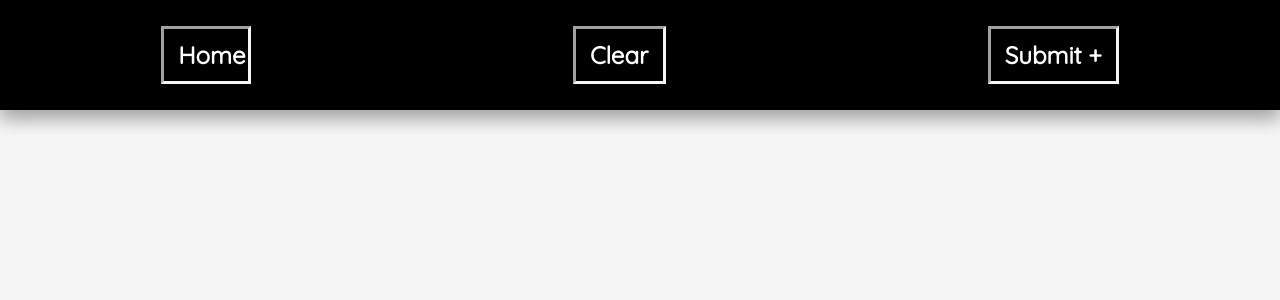
Repository: rickypcyt/WebMural
Page: /
An editor plug-in stored every save of this project. The page is shown before and after a run of saves, followed by the edit.
The browser window is 1280 px wide. The pictures show the whole page.
The project was rebuilt for these pictures with package versions that can differ from the ones it lists, and the page was loaded fresh each time.

Above is the page before, as saved 2022-09-12 14:00:37.

### src/index.js
import React from "react";
import ReactDOM from "react-dom/client";
import "./csswebmural.css";
import WebMural from "./Pages/WebMural";
import reportWebVitals from "./reportWebVitals";
import { BrowserRouter, Routes, Route, Switch } from "react-router-dom";

const root = ReactDOM.createRoot(document.getElementById("root"));
root.render(
  <React.StrictMode>
    <BrowserRouter>
      <WebMural />
    </BrowserRouter>
  </React.StrictMode>
);

// If you want to start measuring performance in your app, pass a function
// to log results (for example: reportWebVitals(console.log))
// or send to an analytics endpoint. Learn more: https://bit.ly/CRA-vitals
reportWebVitals();

### src/csswebmural.css
@import url("https://fonts.googleapis.com/css2?family=Quicksand");

input[type="file"] {
  display: none;
}
.container {
  top: 0%;
  left: 0%;
}
::marker {
  display: none;
}
.paddingimxd {
  padding-top: 2%;
}
.image-container {
  width: 100%;
  margin: auto;
  display: flex;
  flex-direction: row;
  justify-content: space-evenly;
  gap: 15px;
  padding: 10px;
  background-color: whitesmoke;
}
html {
  background: whitesmoke;
}

body {
  line-height: 1;
  font-family: "Quicksand";
  font-size: large;
  margin: 0%;
  padding: 0%;
}
main {
  top: 10%;
}
ol {
  list-style: none;
  display: flex;
  padding: 0;
  align-items: flex-start;
  justify-content: space-around;
  display: flex;
  flex-wrap: wrap;
  align-content: center;
  margin: 0;
}
.content {
  position: absolute;
  right: calc(var(--pad) * 2);
  bottom: calc(var(--pad) * 2);
  white-space: nowrap;
}
.parrafo {
  line-height: 1.5;
  text-align: end;
  font-size: larger;
}
.parrafo span {
  display: block;
}
.titulo {
  margin: 0;
}
.oli {
  font-weight: bold;
  border-style: inset;
  border-color: whitesmoke;
  color: white;

  font-size: x-large;
  padding: 1ch;
}
.descripcion {
  font-weight: lighter;
  font-style: oblique;
}
.oli:hover {
  color: whitesmoke;
  border-style: outset;
  border-color: whitesmoke;
}
.page {
  padding-top: 2%;
  padding-bottom: 3%;
}
.pageContact {
  padding-top: 8%;
  padding-bottom: 9%;
}
.cabeceranavi {
  padding-bottom: 2%;
  padding-top: 2%;
  background-color: black;
  box-shadow: 0 10px 16px 0 rgb(0 0 0 / 20%), 0 6px 20px 0 rgb(0 0 0 / 19%) !important;
}
p {
  font-weight: bold;
}
a {
  color: black;
  text-decoration: none;
  padding: 0ch;
}
span {
  font-size: larger;
}
li {
  width: 7%;
  height: 10%;
}
ul {
  list-style-type: none;
  margin: 0%;
  display: flex;
  align-items: center;
  flex-direction: row;
  padding-top: 5%;
  padding-bottom: 5%;
  padding-left: 0%;
  justify-content: space-around;
}
.imagenes {
  display: block;
  height: auto;
  width: auto;
  padding-top: 5%;
  padding-bottom: 5%;

}

.imagenesproyect {
  position: relative;
}
.fixer {
  display: flex;
  flex-direction: row;
  justify-content: space-evenly;
  padding-bottom: 3%;
}
.overlay {
  position: absolute;
  top: 0.83cm;

  background: rgb(0, 0, 0);
  background: rgb(2, 0.3, 0.9, 0.6); /* Black see-through */
  color: #f1f1f1;
  width: 100%;
  transition: 0.5s ease;
  color: white;
  text-align: center;
  font-size: 20px;
  padding-top: 20px;
  padding-bottom: 20px;
  opacity: 0;
}
.imagenesproyect:hover .overlay {
  opacity: 1;
}
.overlay2 {
  position: absolute;
  bottom: 8%;
  background: rgb(0, 0, 0);
  background: rgba(40, 40, 40, 0.6); /* Black see-through */
  color: #f1f1f1;
  width: 100%;
  transition: 0.5s ease;
  color: white;
  text-align: center;
  font-size: 20px;
  padding-top: 20px;
  padding-bottom: 20px;
  opacity: 0;
}
.imagenesproyect:hover .overlay2 {
  opacity: 1;
}

.homeinfo {
  font-size: x-large;
}

@media screen and (max-width: 1340px) {
  .fixer {
    flex-direction: column;
    justify-content: center;
  }
  .imagenes {
    height: auto;
    width: 100%;
  }
  ol {
  }
}

.image-container {
  width: auto;
  margin: auto;
  /* display: flex; */
  flex-wrap: wrap;
  gap: 15px;
  padding: 10px;
}

.image-container img {
  max-width: 100%;
  max-height: 225px;
}

.container .image-container .image {
  border: 4px solid black;
  overflow: hidden;

  /* cursor: pointer; */
}

.container .image-container .image img {
  height: 100%;
  width: 100%;
}
@media (max-width: 700px) {
  .image-container img {
    max-height: -10px;
  }
}

.image:hover {
  box-shadow: 0 10px 16px 0 rgb(0 0 0 / 20%), 0 6px 20px 0 rgb(0 0 0 / 19%) !important;

  transform: scale(
    1.15
  ); /* (150% zoom - Note: if the zoom is too large, it will go outside of the viewport) */
}

### src/Pages/WebMural.js
import React, { useState } from "react";
import { Link, useMatch, useResolvedPath } from "react-router-dom";

const UploadAndDisplayImage = () => {
  const [selectedFiles, setSelectedFiles] = useState([]);
  const handleImageChange = (e) => {
    setSelectedFiles([]);
    if (e.target.files) {
      const filesArray = Array.from(e.target.files).map((file) =>
        URL.createObjectURL(file)
      );
      setSelectedFiles((prevImages) => prevImages.concat(filesArray));
      Array.from(e.target.files).map((file) => URL.revokeObjectURL(file));
    }
  };

  const renderPhotos = (source) => {
    return source.map((photo) => {
      return (
        <div class="container">
          <figure class="image-container">
            <img className="image" src={photo} alt="" key={photo} />
          </figure>
        </div>
      );
    });
  };

  return (
    <main>
      <nav className="cabeceranavi">
        <ol>
          <CustomLink>
            <div CustomLink to="/" className="oli">
              Home
            </div>
          </CustomLink>
          <nav className="oli" onClick={() => handleImageChange(null)}>
            Clear
          </nav>
          <label for="upload-button">
            <nav>
              <input
                type="file"
                id="upload-button"
                multiple="multiple"
                accept="image/*"
                onChange={handleImageChange}
              />
              <div class="oli"> Submit + </div>
            </nav>
          </label>
        </ol>
      </nav>
      {selectedFiles && (
        <div className="paddingimxd">
          <div class="image-container">{renderPhotos(selectedFiles)}</div>
        </div>
      )}
    </main>
  );
};

export default UploadAndDisplayImage;

function CustomLink({ to, children, ...props }) {
  const resolvedPath = useResolvedPath(to);
  const isActive = useMatch({ path: resolvedPath.pathname, end: true });
  return (
    <li className={isActive ? "active" : ""}>
      <Link to={to} {...props}>
        {children}
      </Link>
    </li>
  );
}

Loaded but not shown: public/index.html (common file); src/reportWebVitals.js (common file)

After the next 2 saves:
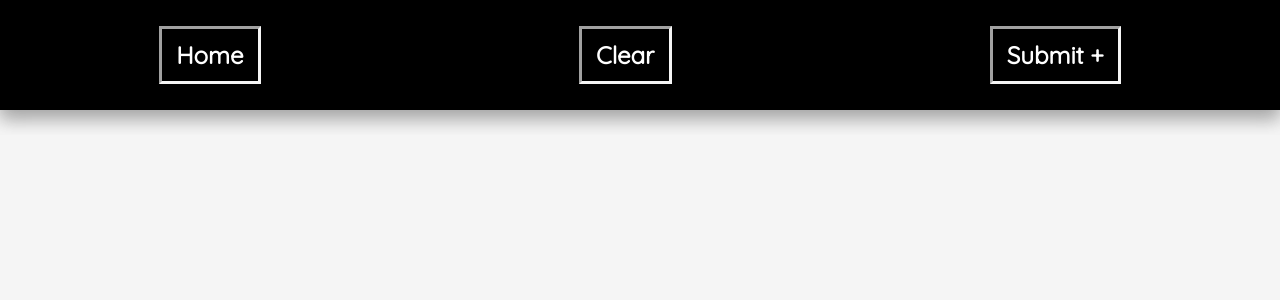
The 2 saves are shown as one change because they came seconds apart.
The last was saved 5 s later.
--- a/src/Pages/WebMural.js
+++ b/src/Pages/WebMural.js
@@ -30,11 +30,9 @@ const UploadAndDisplayImage = () => {
     <main>
       <nav className="cabeceranavi">
         <ol>
-          <CustomLink>
             <div CustomLink to="/" className="oli">
               Home
             </div>
-          </CustomLink>
           <nav className="oli" onClick={() => handleImageChange(null)}>
             Clear
           </nav>
